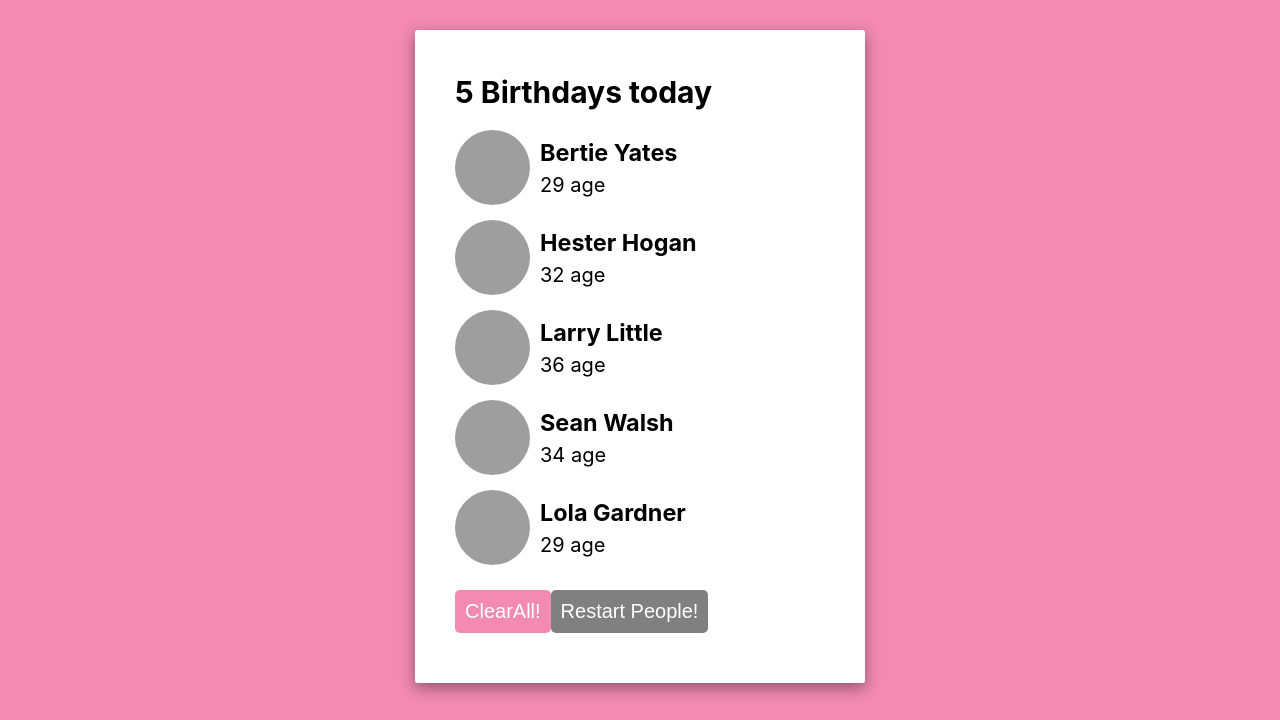
Repository: thaiduy1704/ReactTypeScript-Basic
Page: / (app in 01-birthday-reminder/)
An editor plug-in stored every save of this project. The page is shown before and after the next save, followed by the edit.
The browser window is 1280 px wide. The pictures show the whole page.
Pictures or frames that could not be fetched are drawn as grey boxes. The project was rebuilt for these pictures with package versions that can differ from the ones it lists, and the page was loaded fresh each time.

Above is the page before, as saved 2022-08-05 16:33:50.

After the next save:
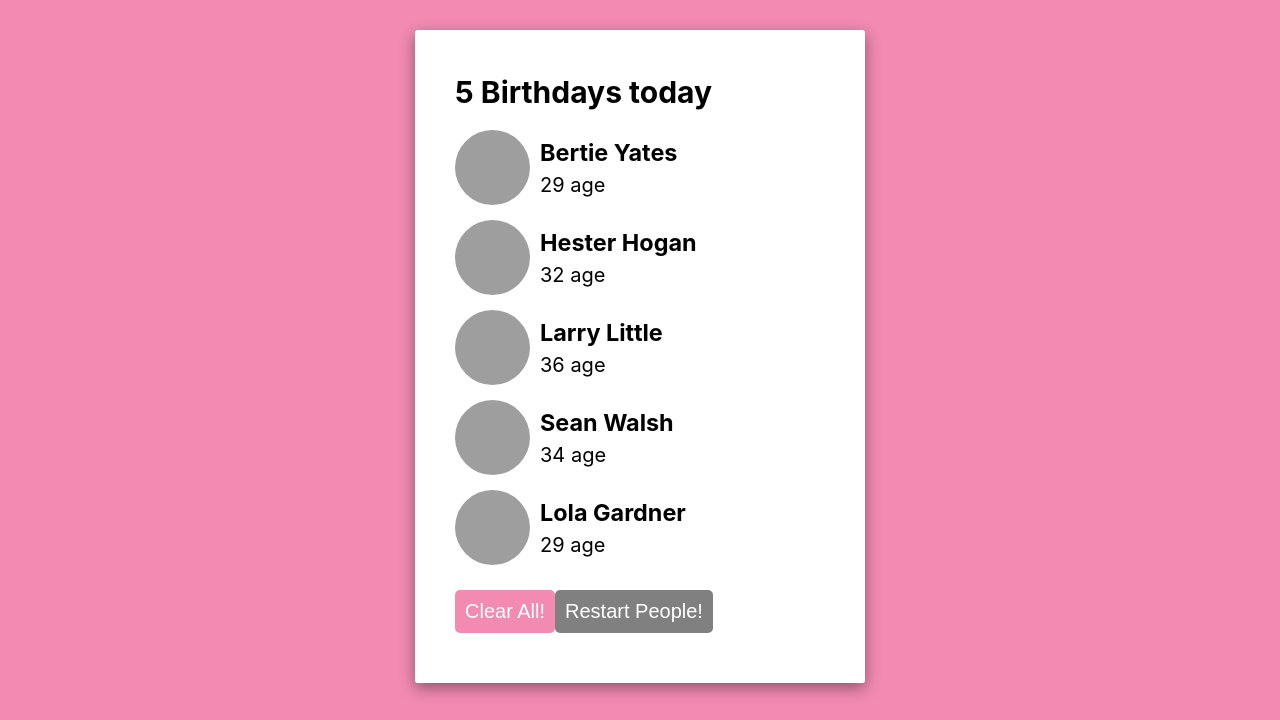
Saved 6 s later.
--- a/01-birthday-reminder/src/components/Card.tsx
+++ b/01-birthday-reminder/src/components/Card.tsx
@@ -24,7 +24,7 @@ export const Card: React.FC<PeopleType> = ({
           className={`${people.length === 0 && "disable"}`}
           onClick={() => clearPeople()}
         >
-          ClearAll!
+          Clear All!
         </button>
         <button
           className={`${people.length !== 0 && "disable"}`}
